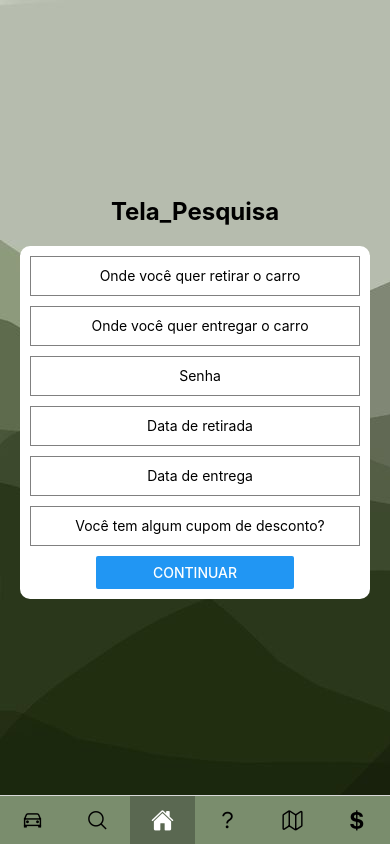
Repository: GabrielAron/EcoWheels
Page: /Home
An editor plug-in stored every save of this project. The page is shown before and after the next save, followed by the edit.
The browser window is 390 px wide. The pictures show the whole page.
The app was drawn by React Native's web renderer in a window 390 px wide. The project was rebuilt for these pictures with package versions that can differ from the ones it lists, and the page was loaded fresh each time. Also part of the build but not shown: src/Paginas/Carros/index.js, src/Paginas/Ajuda/index.js, src/Paginas/Mapa/index.js, src/Paginas/Pagamento/pagamento.js.

Above is the page before, as saved 2023-11-24 14:36:54.

After the next save:
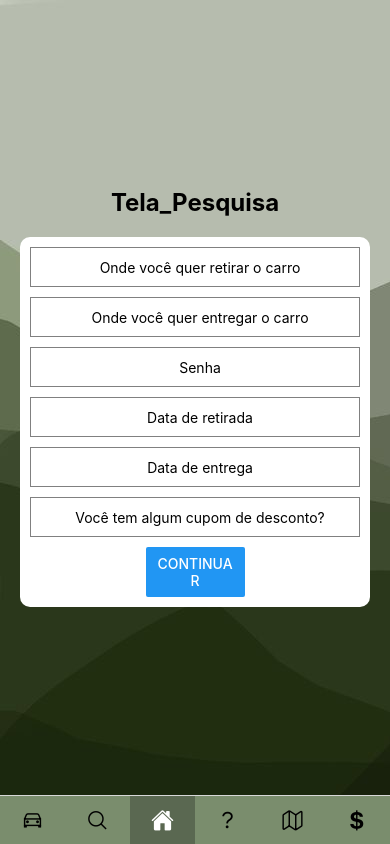
Saved 13 s later.
--- a/src/Paginas/Home/index.js
+++ b/src/Paginas/Home/index.js
@@ -54,7 +54,7 @@ const styles = StyleSheet.create({
     padding: 10,
   },
   buttonContainer: {
-    width: '60%',
+    width: '30%',
     alignSelf: 'center',
   },
 });
